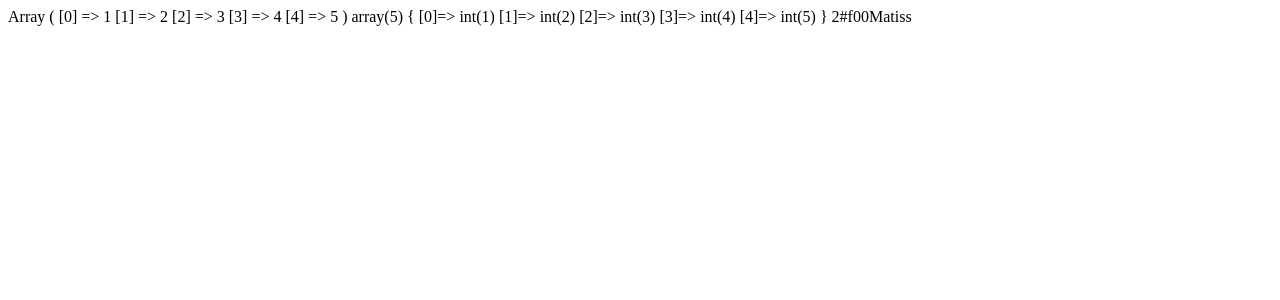
Repository: Matiss1337/PHP
Page: http://localhost/03_arrays.php
These files come from the project's save history. The page is drawn as it stood at one moment and after a run of saves; the edit follows.
The browser window is 1280 px wide. The pictures show the whole page.
The page is run by PHP 8.4 with error messages shown; the project is at /var/www/html/.

Above is the page before, as saved 2023-02-14 10:33:57.

After the next 9 saves:
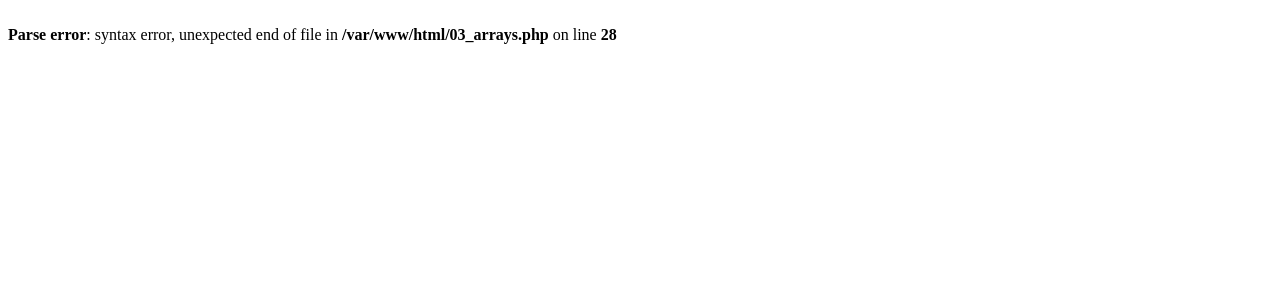
The 9 saves are shown as one change because they came seconds apart.
The last was saved 7 min 55 s later.
--- a/03_arrays.php
+++ b/03_arrays.php
@@ -22,3 +22,6 @@ $person = [
 ];
 
 echo $person["first_name"];
+
+
+$people = []

After the 2 saves that followed:
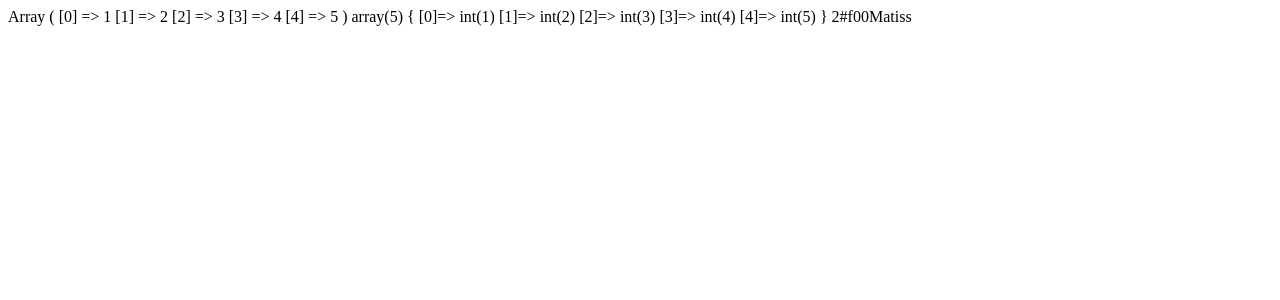
The 2 saves are shown as one change because they came seconds apart.
The last was saved 13 s later.
--- a/03_arrays.php
+++ b/03_arrays.php
@@ -24,4 +24,6 @@ $person = [
 echo $person["first_name"];
 
 
-$people = []
+$people = [
+
+];
